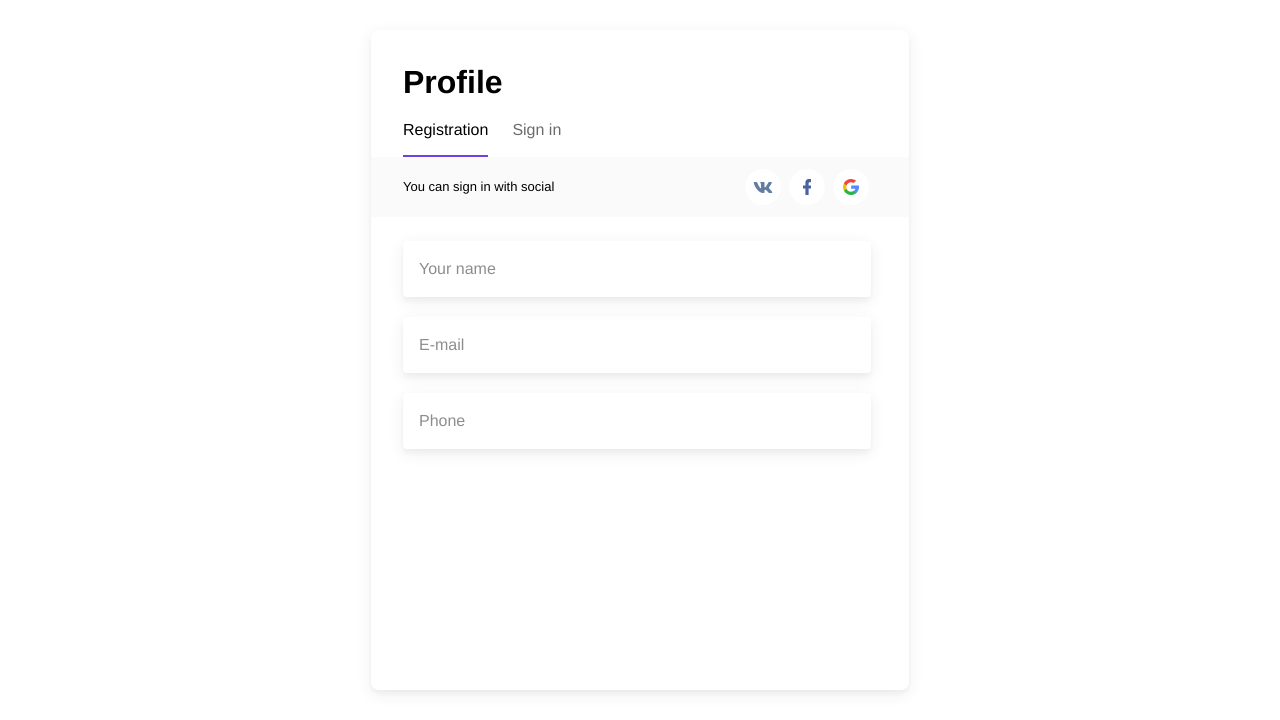
Repository: skydevil1604/vue-test-app
Page: /
An editor plug-in stored every save of this project. The page is shown before and after the next save, followed by the edit.
The browser window is 1280 px wide. The pictures show the whole page.
The project was rebuilt for these pictures with package versions that can differ from the ones it lists, and the page was loaded fresh each time.

Above is the page before, as saved 2020-04-06 14:56:14.

### public/index.html
<!DOCTYPE html>
<html lang="en">
  <head>
    <meta charset="utf-8">
    <meta http-equiv="X-UA-Compatible" content="IE=edge">
    <meta name="viewport" content="width=device-width,initial-scale=1.0">
    <link rel="icon" href="<%= BASE_URL %>favicon.ico">
    <link rel="stylesheet" href="../src/assets/normalize.css">
    <title><%= htmlWebpackPlugin.options.title %></title>
  </head>
  <body>
    <noscript>
      <strong>We're sorry but <%= htmlWebpackPlugin.options.title %> doesn't work properly without JavaScript enabled. Please enable it to continue.</strong>
    </noscript>
    <div id="app"></div>
    <!-- built files will be auto injected -->
  </body>
</html>

### src/App.vue
<template>
  <div id="app">
    <AuthenticationForm />
  </div>
</template>

<script>
import AuthenticationForm from './components/AuthenticationForm';

export default {
  name: 'App',
  components: {
    AuthenticationForm
  }
}
</script>

<style>
#app {
  font-family: Avenir, Helvetica, Arial, sans-serif;
  -webkit-font-smoothing: antialiased;
  -moz-osx-font-smoothing: grayscale;
  text-align: center;
  display: flex;
  height: 100vh;
}
</style>

### src/components/AuthenticationForm.vue
<template>
    <div class="authentication">
        <h1 class="authentication__header">Profile</h1>
        <Tabs>
            <Tab name="Registration">
                <RegistrationComponent />
            </Tab>
            <Tab name="Sign in">
                <LoginComponent :validate="false"/>
            </Tab>
        </Tabs>
    </div>
</template>
<script>
import Tabs from '@/components/Tabs';
import Tab from '@/components/Tab';
import LoginComponent from '@/components/Login';
import RegistrationComponent from '@/components/Registration';

export default {
    name: 'AuthenticationForm',
    components: {
        Tabs,
        Tab,
        LoginComponent,
        RegistrationComponent,
    }
}
</script>

<style lang="scss" scoped>
    .authentication {
        margin: auto;
        width: 474px;
        height: 628px;
        background: #FFFFFF;
        box-shadow: 0px 4px 16px rgba(51, 51, 51, 0.08), 0px 4px 4px rgba(51, 51, 51, 0.04);
        border-radius: 8px;
        padding-top: 32px;
        padding-left: 32px;
        padding-right: 32px;

            &__header {
                text-align: left;
                font-style: normal;
                font-weight: bold;
                font-size: 32px;
                line-height: 40px;
                margin: 0;
            }
    }
</style>

### src/components/Tabs.vue
<template>
    <div class="tabs">
        <ul class="tabs__list">
            <li
                v-for="(item, index) in items"
                :key="index"
                :class="item.active ? 'tabs__listitem tabs__listitem--active': 'tabs__listitem'"
                >
                <a
                    :href="item.hash"
                    class="tabs__itemlink"
                    v-text="item.name"
                    @click.prevent="showTab(item.hash)">
                </a>
            </li>
        </ul>
        <section class="tabs__content">
            <slot />
        </section>
    </div>
</template>
<script>
export default {
    name: 'Tabs',
    data() {
        return {
            items: [],
            selected: '',
        }
    },
    methods: {
        showTab(target) {
            this.items.forEach(item => item.active = (item.hash === target))
        },
    },
    created() {
        this.items = this.$children
    },
    mounted() {
        const startItem = this.items.findIndex(item => item.start)
        this.items[startItem > 0 ? startItem : 0].active = true;
    }
}
</script>
<style lang="scss" scoped>
.tabs {
    display: flex;
    flex-direction: column;
    &__list {
        display: flex;
        flex-direction: row;
        padding: 0;
        margin-bottom: 0;
        list-style-type: none;
    }
    &__listitem {
        min-width: 50px;
        color: black;
        font-size: 16px;
        line-height: 24px;
        padding-bottom: 15px;
        color: #6B6B6B;
        &--active {
            border-top-width: 6px;
            color: black;
            box-shadow: inset 0px -2px 0px #6E41E2;
        }
        &:first-child {
            border-top-left-radius: 5px;
            margin-right: 24px;
        }
        &:last-child {
            border-top-right-radius: 5px;
        }
    }
    &__itemlink {
        flex: 1;
        display: flex;
        align-items: center;
        text-decoration: none;
        font-size: inherit;
        color: inherit;
    }
}
</style>

### src/components/Tab.vue
<template>
    <div
        :id="hash"
        v-show="active">
        <slot />
    </div>
</template>
<script>
export default {
    name: 'Tab',
    props: {
        name: {
            type: String,
            required: true,
        },
        start: {
            type: Boolean,
            default: false,
        },
    },
    data() {
        return {
            active: false,
        }
    },
    computed: {
        hash() {
            return '%23' + this.name.toLowerCase().replace(/ /g, '-');
        },
    },
}
</script>

### src/components/Login.vue
<template>
  <div class="form-wrapper">
    <div class="social">
      <div class="social__text">You can sign in with social</div>
      <div class="social__items">
        <a class="social__item social__item--vkontakte" href="#">
          <svg width="20" height="11" viewBox="0 0 20 11" fill="none" xmlns="http://www.w3.org/2000/svg">
            <path d="M18.8002 0.74C18.9302 0.32 18.8002 0 18.1802 0H16.1602C15.6402 0 15.4102 0.27 15.2802 0.57C15.2802 0.57 14.2502 3.08 12.7902 4.72C12.3102 5.19 12.1002 5.34 11.8402 5.34C11.7102 5.34 11.5002 5.19 11.5002 4.76V0.74C11.5002 0.23 11.3802 0 10.9502 0H7.7602C7.4402 0 7.2502 0.24 7.2502 0.47C7.2502 0.95 8.0002 1.07 8.0502 2.44V5.42C8.0502 6.08 7.9302 6.2 7.6802 6.2C7.0002 6.2 5.3202 3.67 4.3302 0.79C4.1302 0.23 3.9402 0 3.4202 0H1.3902C0.820195 0 0.700195 0.27 0.700195 0.57C0.700195 1.11 1.3902 3.77 3.9002 7.29C5.5702 9.7 7.9302 11 10.0802 11C11.3702 11 11.5302 10.71 11.5302 10.21V8.39C11.5302 7.82 11.6502 7.7 12.0602 7.7C12.3602 7.7 12.8702 7.85 14.0702 9C15.4502 10.38 15.6702 11 16.4502 11H18.4702C19.0502 11 19.3402 10.71 19.1802 10.14C19.0002 9.57 18.3402 8.74 17.4702 7.76C17.0002 7.21 16.2902 6.61 16.0702 6.3C15.7702 5.92 15.8602 5.75 16.0702 5.4C16.0702 5.4 18.5402 1.93 18.8002 0.74Z" fill="#627DA1"/>
          </svg>
        </a>
        <a class="social__item social__item--facebook" href="#">
          <svg width="8" height="16" viewBox="0 0 8 16" fill="none" xmlns="http://www.w3.org/2000/svg">
            <path d="M8 0V3.2H6.4C5.848 3.2 5.6 3.848 5.6 4.4V6.4H8V9.6H5.6V16H2.4V9.6H0V6.4H2.4V3.2C2.4 2.35131 2.73714 1.53737 3.33726 0.937258C3.93737 0.337142 4.75131 0 5.6 0H8Z" fill="#4B629E"/>
          </svg>
        </a>
        <a class="social__item social__item--google" href="#">
          <svg width="24" height="24" viewBox="0 0 24 24" fill="none" xmlns="http://www.w3.org/2000/svg">
            <rect x="4" y="4" width="15.9995" height="15.9998" fill="white" fill-opacity="0.01"/>
            <path d="M7.54632 13.6683L6.9894 15.7474L4.95387 15.7905C4.34554 14.6621 4.00049 13.3712 4.00049 11.9993C4.00049 10.6727 4.3231 9.42177 4.89496 8.32025H4.8954L6.70759 8.6525L7.50144 10.4538C7.33529 10.9382 7.24473 11.4582 7.24473 11.9993C7.2448 12.5866 7.35117 13.1492 7.54632 13.6683Z" fill="#FBBB00"/>
            <path d="M19.8604 10.5052C19.9523 10.9891 20.0002 11.4889 20.0002 11.9997C20.0002 12.5724 19.9399 13.1311 19.8252 13.67C19.4358 15.5038 18.4182 17.1051 17.0086 18.2383L17.0082 18.2378L14.7256 18.1214L14.4026 16.1047C15.3379 15.5561 16.0689 14.6977 16.454 13.67H12.1763V10.5052H16.5164H19.8604Z" fill="#518EF8"/>
            <path d="M17.0077 18.2383L17.0082 18.2387C15.6373 19.3407 13.8957 20 12 20C8.95349 20 6.30479 18.2972 4.95361 15.7913L7.54607 13.6692C8.22164 15.4722 9.96093 16.7557 12 16.7557C12.8764 16.7557 13.6975 16.5188 14.4021 16.1052L17.0077 18.2383Z" fill="#28B446"/>
            <path d="M17.1068 5.84172L14.5152 7.96344C13.786 7.50763 12.924 7.24433 12.0005 7.24433C9.91533 7.24433 8.14351 8.58671 7.50178 10.4544L4.8957 8.32081H4.89526C6.22666 5.75382 8.90877 4 12.0005 4C13.9416 4 15.7213 4.69143 17.1068 5.84172Z" fill="#F14336"/>
          </svg>
        </a>
      </div>
    </div>
    <form class="form" action="#">
      <input class="form__item" type="email" name="email" id="email" placeholder="E-mail" >
      <input class="form__item" type="password" name="password" id="password" placeholder="Password">
    </form>
  </div>
</template>

<script>


export default {
  name: 'LoginComponent',
};
</script>
<style lang="scss">
  .social {
    height: 60px;
    display: flex;
    justify-content: space-between;
    background: #FAFAFA;
    align-items: center;
    width: 474px;
    margin-left: -32px;
    padding-left: 32px;
    padding-right: 32px;
    margin-bottom: 24px;

      &__text {
        font-style: normal;
        font-weight: normal;
        font-size: 13px;
        line-height: 20px;
      }

      &__items {
        display: flex;
        align-items: center;
      }

      &__item {
        width: 36px;
        height: 36px;
        border-radius: 50%;
        background-color: #ffffff;
        margin-right: 8px;
        display: flex;

          & svg {
            margin: auto;
          }
      }
  }
</style>

### src/components/Registration.vue
<template>
  <div class="form-wrapper">
    <div class="social">
      <div class="social__text">You can sign in with social</div>
      <div class="social__items">
        <a class="social__item social__item--vkontakte" href="#">
          <svg width="20" height="11" viewBox="0 0 20 11" fill="none" xmlns="http://www.w3.org/2000/svg">
            <path d="M18.8002 0.74C18.9302 0.32 18.8002 0 18.1802 0H16.1602C15.6402 0 15.4102 0.27 15.2802 0.57C15.2802 0.57 14.2502 3.08 12.7902 4.72C12.3102 5.19 12.1002 5.34 11.8402 5.34C11.7102 5.34 11.5002 5.19 11.5002 4.76V0.74C11.5002 0.23 11.3802 0 10.9502 0H7.7602C7.4402 0 7.2502 0.24 7.2502 0.47C7.2502 0.95 8.0002 1.07 8.0502 2.44V5.42C8.0502 6.08 7.9302 6.2 7.6802 6.2C7.0002 6.2 5.3202 3.67 4.3302 0.79C4.1302 0.23 3.9402 0 3.4202 0H1.3902C0.820195 0 0.700195 0.27 0.700195 0.57C0.700195 1.11 1.3902 3.77 3.9002 7.29C5.5702 9.7 7.9302 11 10.0802 11C11.3702 11 11.5302 10.71 11.5302 10.21V8.39C11.5302 7.82 11.6502 7.7 12.0602 7.7C12.3602 7.7 12.8702 7.85 14.0702 9C15.4502 10.38 15.6702 11 16.4502 11H18.4702C19.0502 11 19.3402 10.71 19.1802 10.14C19.0002 9.57 18.3402 8.74 17.4702 7.76C17.0002 7.21 16.2902 6.61 16.0702 6.3C15.7702 5.92 15.8602 5.75 16.0702 5.4C16.0702 5.4 18.5402 1.93 18.8002 0.74Z" fill="#627DA1"/>
          </svg>
        </a>
        <a class="social__item social__item--facebook" href="#">
          <svg width="8" height="16" viewBox="0 0 8 16" fill="none" xmlns="http://www.w3.org/2000/svg">
            <path d="M8 0V3.2H6.4C5.848 3.2 5.6 3.848 5.6 4.4V6.4H8V9.6H5.6V16H2.4V9.6H0V6.4H2.4V3.2C2.4 2.35131 2.73714 1.53737 3.33726 0.937258C3.93737 0.337142 4.75131 0 5.6 0H8Z" fill="#4B629E"/>
          </svg>
        </a>
        <a class="social__item social__item--google" href="#">
          <svg width="24" height="24" viewBox="0 0 24 24" fill="none" xmlns="http://www.w3.org/2000/svg">
            <rect x="4" y="4" width="15.9995" height="15.9998" fill="white" fill-opacity="0.01"/>
            <path d="M7.54632 13.6683L6.9894 15.7474L4.95387 15.7905C4.34554 14.6621 4.00049 13.3712 4.00049 11.9993C4.00049 10.6727 4.3231 9.42177 4.89496 8.32025H4.8954L6.70759 8.6525L7.50144 10.4538C7.33529 10.9382 7.24473 11.4582 7.24473 11.9993C7.2448 12.5866 7.35117 13.1492 7.54632 13.6683Z" fill="#FBBB00"/>
            <path d="M19.8604 10.5052C19.9523 10.9891 20.0002 11.4889 20.0002 11.9997C20.0002 12.5724 19.9399 13.1311 19.8252 13.67C19.4358 15.5038 18.4182 17.1051 17.0086 18.2383L17.0082 18.2378L14.7256 18.1214L14.4026 16.1047C15.3379 15.5561 16.0689 14.6977 16.454 13.67H12.1763V10.5052H16.5164H19.8604Z" fill="#518EF8"/>
            <path d="M17.0077 18.2383L17.0082 18.2387C15.6373 19.3407 13.8957 20 12 20C8.95349 20 6.30479 18.2972 4.95361 15.7913L7.54607 13.6692C8.22164 15.4722 9.96093 16.7557 12 16.7557C12.8764 16.7557 13.6975 16.5188 14.4021 16.1052L17.0077 18.2383Z" fill="#28B446"/>
            <path d="M17.1068 5.84172L14.5152 7.96344C13.786 7.50763 12.924 7.24433 12.0005 7.24433C9.91533 7.24433 8.14351 8.58671 7.50178 10.4544L4.8957 8.32081H4.89526C6.22666 5.75382 8.90877 4 12.0005 4C13.9416 4 15.7213 4.69143 17.1068 5.84172Z" fill="#F14336"/>
          </svg>
        </a>
      </div>
    </div>
    <form class="form" action="#">
      <input class="form__item" type="text" name="name" id="name" placeholder="Your name">
      <input class="form__item" type="email" name="email" id="email" placeholder="E-mail" >
      <input class="form__item" type="tel" name="tel" id="tel" placeholder="Phone">
    </form>
  </div>
</template>

<script>


export default {
  name: 'RegistrationComponent',
}
</script>

<style lang="scss">

  @mixin placeholder {
    &::-webkit-input-placeholder { color: rgba(17, 17, 17, 0.48) }
    &:-moz-placeholder           { color: rgba(17, 17, 17, 0.48) }
    &::-moz-placeholder          { color: rgba(17, 17, 17, 0.48) }
    &:-ms-input-placeholder      { color: rgba(17, 17, 17, 0.48) }
}
  @mixin placeholder-move-on-focus {
    &:focus::-webkit-input-placeholder { line-height: 20px;  transition: line-height 0.5s ease; }
    &:focus:-moz-placeholder           { line-height: 20px;  transition: line-height 0.5s ease; }
    &:focus::-moz-placeholder          { line-height: 20px;  transition: line-height 0.5s ease; }
    &:focus:-ms-input-placeholder      { line-height: 20px;  transition: line-height 0.5s ease; }
    &:focus::-webkit-input-placeholder { line-height: 100px; transition: line-height 0.5s ease; }
    &:focus:-moz-placeholder           { line-height: 100px; transition: line-height 0.5s ease; }
    &:focus::-moz-placeholder          { line-height: 100px; transition: line-height 0.5s ease; }
    &:focus:-ms-input-placeholder      { line-height: 100px; transition: line-height 0.5s ease; }
}

  .form {
    display: flex;
    flex-direction: column;

      &__item {
        width: 92%;
        box-shadow: 0px 4px 16px rgba(51, 51, 51, 0.08), 0px 4px 4px rgba(51, 51, 51, 0.04);
        border-radius: 4px;
        font-style: normal;
        font-weight: normal;
        font-size: 16px;
        line-height: 24px;
        color: #111111;
        padding: 16px;
        margin-bottom: 20px;
        outline: none;
        border: none;
        @include placeholder;
        @include placeholder-move-on-focus;
      }
  }
</style>

Loaded but not shown: src/main.js (common file); src/assets/normalize.css (library)

After the next save:
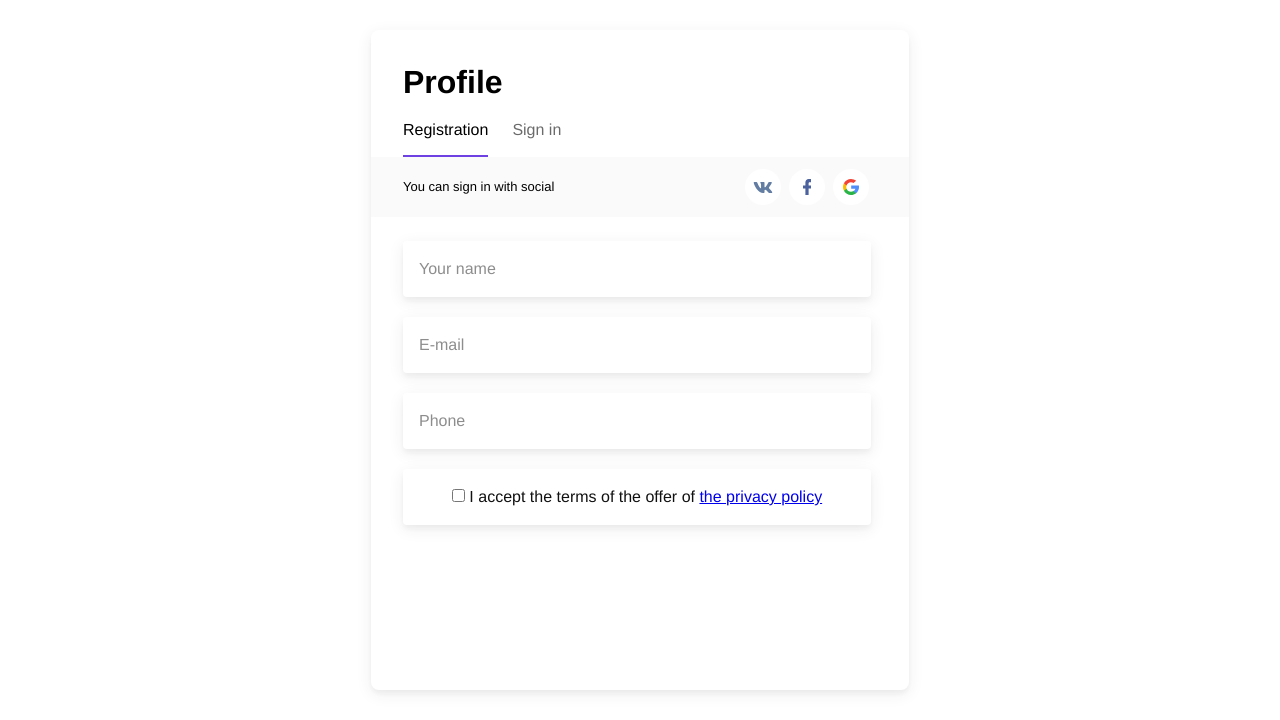
Saved 7 min 24 s later.
--- a/src/components/Registration.vue
+++ b/src/components/Registration.vue
@@ -28,6 +28,14 @@
       <input class="form__item" type="text" name="name" id="name" placeholder="Your name">
       <input class="form__item" type="email" name="email" id="email" placeholder="E-mail" >
       <input class="form__item" type="tel" name="tel" id="tel" placeholder="Phone">
+      <div class="form__item">
+        <input type="checkbox" id="acception">
+        <label for="acception">
+          I accept the terms of the offer of <a href="#">the privacy policy</a>
+        </label>
+      </div>
+
+
     </form>
   </div>
 </template>
